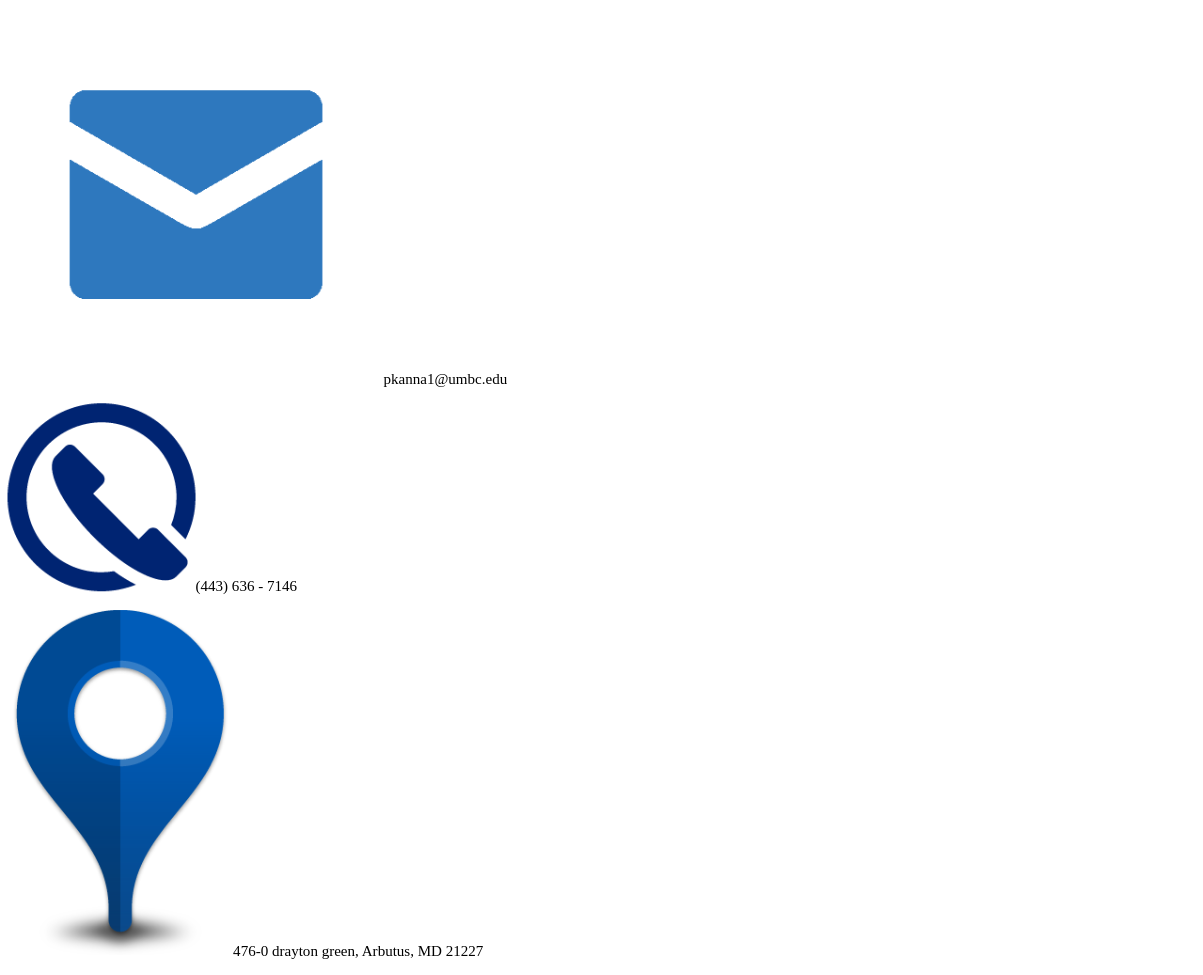
Repository: phanindrakannaji/Resume
Page: http://localhost/application/pages/contact.php
The author's editor kept a copy of each file at every save. The page is drawn from the files as they stood at one save, then again after the next save.
The browser window is 1280 px wide. The pictures show the whole page, at 94% of full size.
The page is run by PHP 8.4 with error messages shown; the project is at /var/www/html/.

Above is the page before, as saved 2016-09-25 02:01:39.
Console error: ReferenceError: $ is not defined

After the next save:
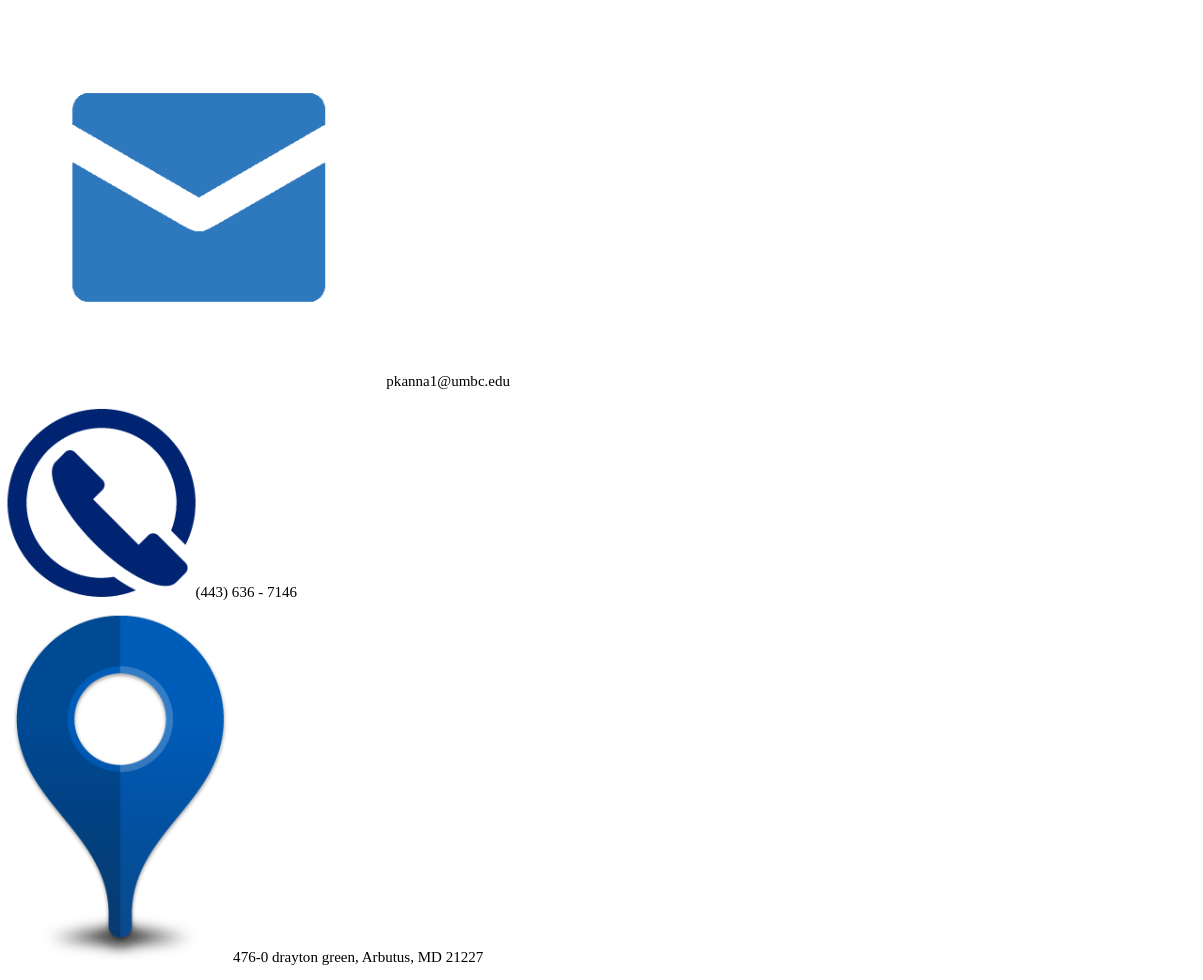
Saved 13 s later.
--- a/Resume/application/pages/contact.php
+++ b/Resume/application/pages/contact.php
@@ -5,7 +5,8 @@
 <table>
 	<tbody>
 		<tr>
-			<img height="" width="" src="../resources/images/emaillogo.png" />pkanna1@umbc.edu
+			<td><img height="" width="" src="../resources/images/emaillogo.png" />pkanna1@umbc.edu
+			</td>
 		</tr>
 	</tbody>
 </table>
